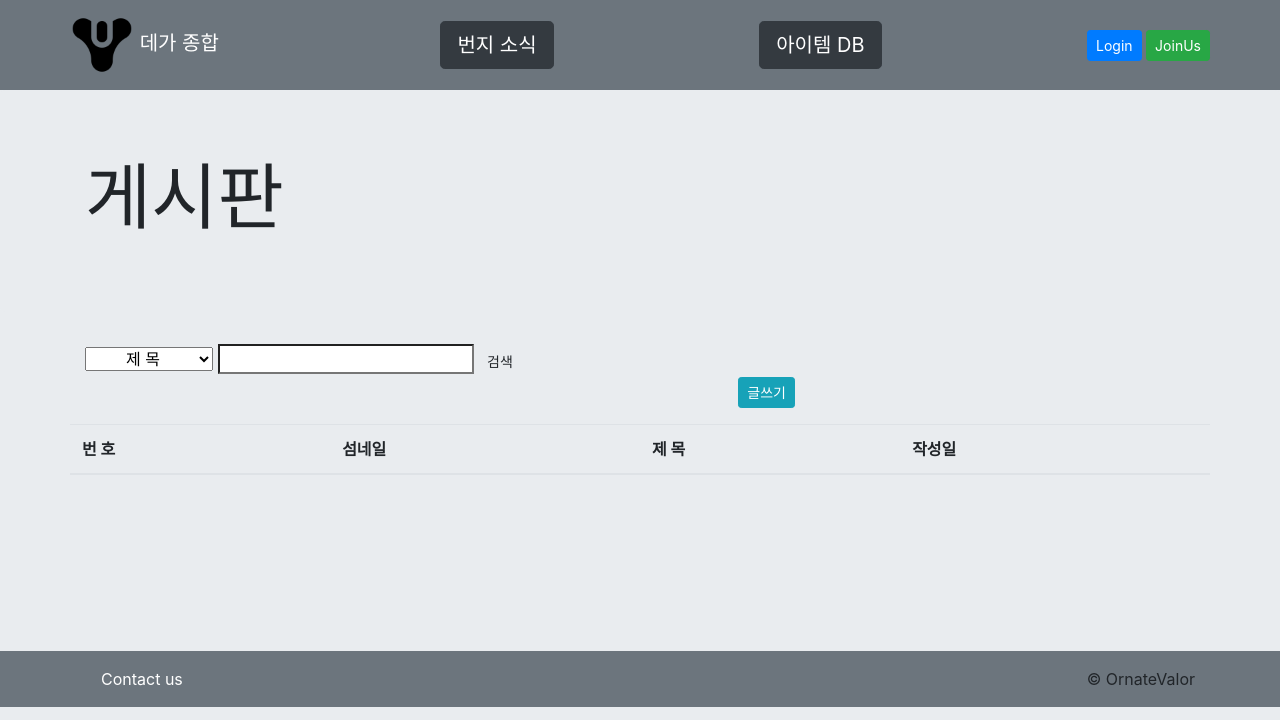
Repository: OrdnateValor/DegaTotal
Page: http://localhost/mini/post/postList.jsp
These files come from the project's save history. The page is drawn as it stood at one moment and after the next save; the edit follows.
The browser window is 1280 px wide. The pictures show the whole page.
The page is served by Tomcat 9. The template is opened directly, without the code that normally fills it, so the values that code supplies are empty.

Above is the page before, as saved 2021-09-26 05:26:27.

After the next save:
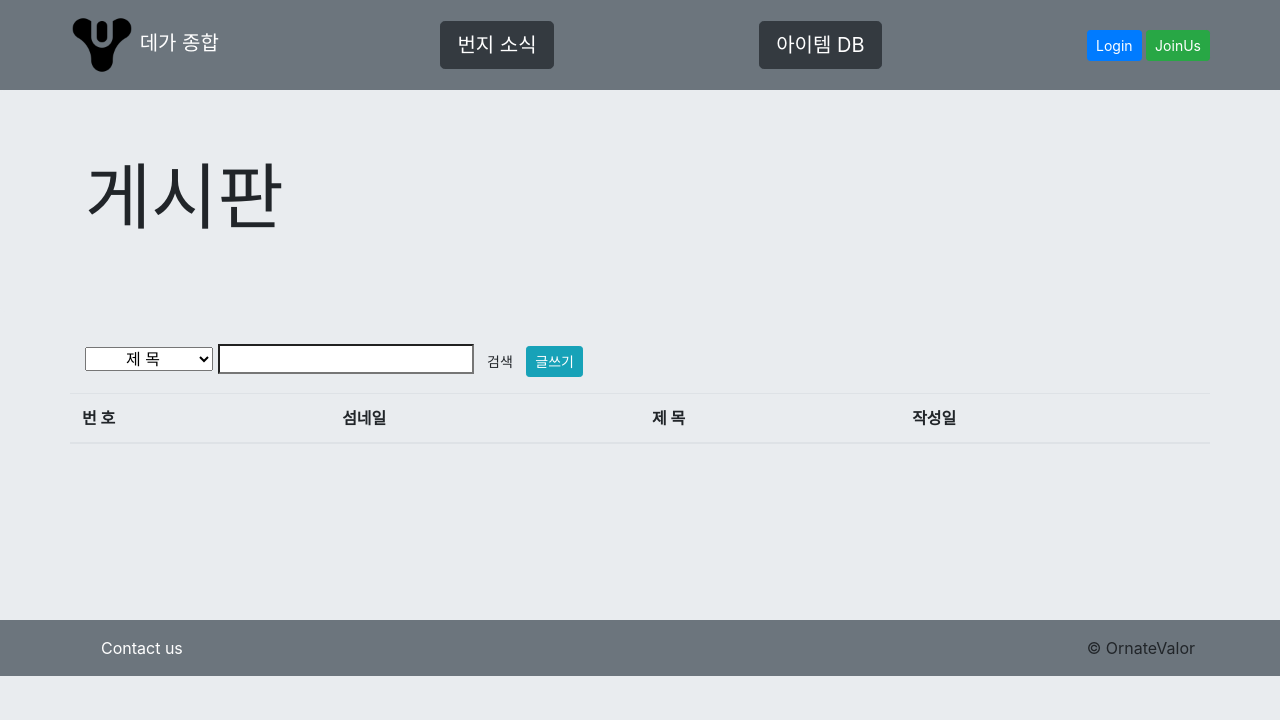
Saved 7 s later.
--- a/mini/src/main/webapp/post/postList.jsp
+++ b/mini/src/main/webapp/post/postList.jsp
@@ -40,9 +40,7 @@
 								<option>제목+내용</option>
 							</select> <input type="search" id="searchbar" name="keyword" /> <input
 								type="submit" value="검색" class="btn btn-default btn-sm">
-							<div class="text-right">
 								<a href="/PostWriteForm.do" class="btn btn-info btn-sm">글쓰기</a>
-							</div>
 						</div>
 					</div>
 					<!-- 게시물을 테이블 형태로 출력 -->
